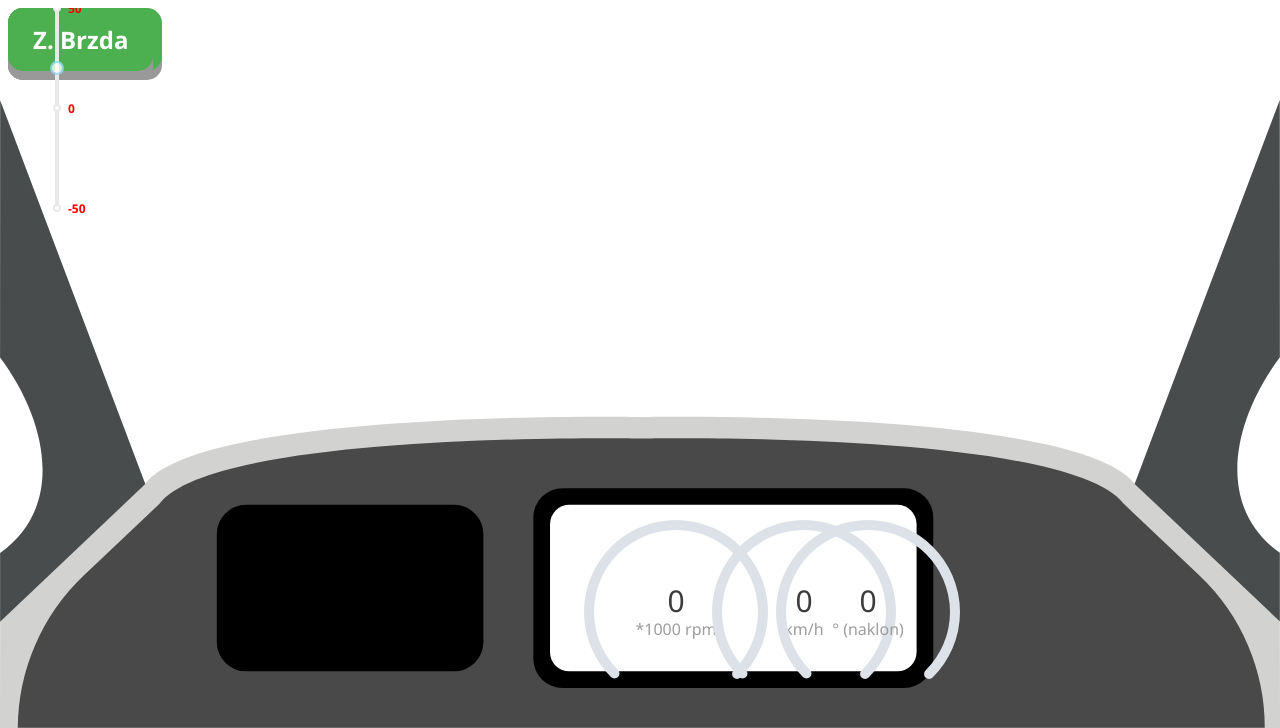
Repository: matyasvelc/train
Page: / (app in frontend/)
An editor plug-in stored every save of this project. The page is shown before and after the next save, followed by the edit.
The browser window is 1280 px wide. The pictures show the whole page.
The page's requests for data from a server got no answer. The project was rebuilt for these pictures with package versions that can differ from the ones it lists, and the page was loaded fresh each time. No one was signed in, and anything a server would have sent is missing.

Above is the page before, as saved 2022-04-04 16:48:05.

After the next save:
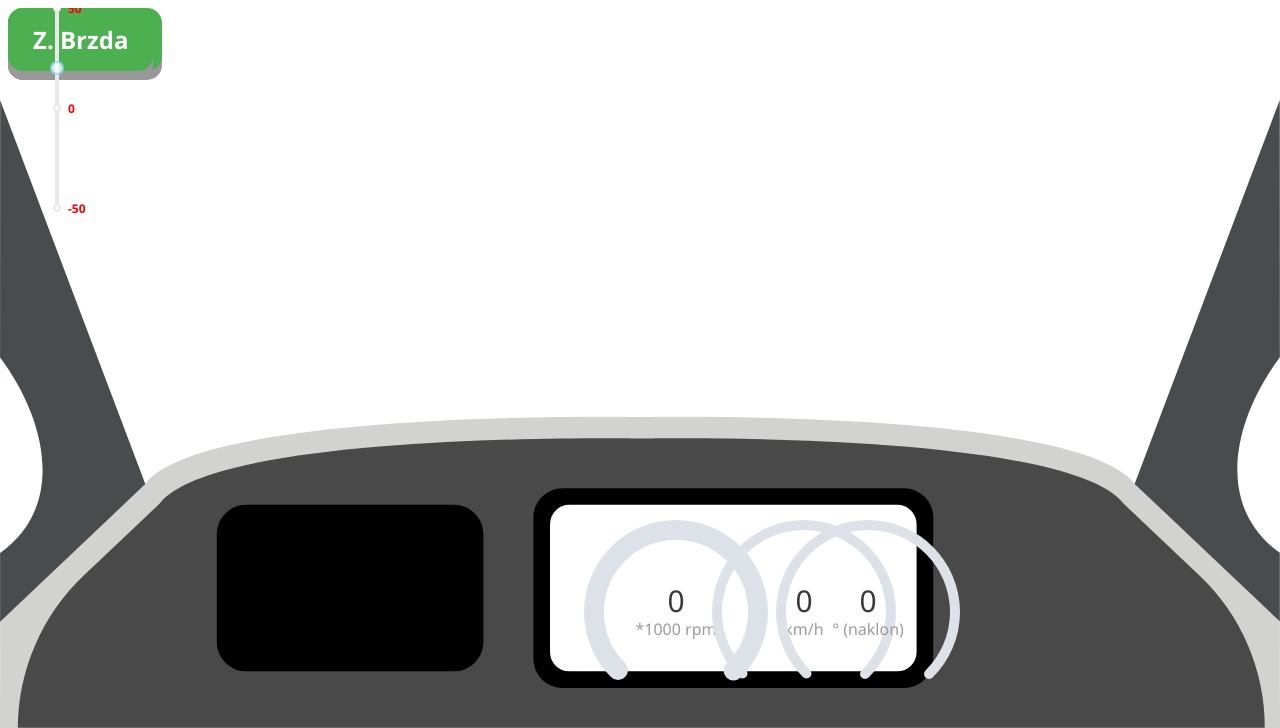
Saved 17 s later.
--- a/frontend/src/index.js
+++ b/frontend/src/index.js
@@ -115,7 +115,7 @@
         subtitle="*1000 rpm"
         reduction={0.25}
         hideBall
-        strokeWidth={10}
+        strokeWidth={20}
         gradient={[{stop: 0.0, color: '#f6416d'}, {stop: 1, color: '#fa6d7c'}]} />
       </div>
       <div className='budik2'>

After the save that followed:
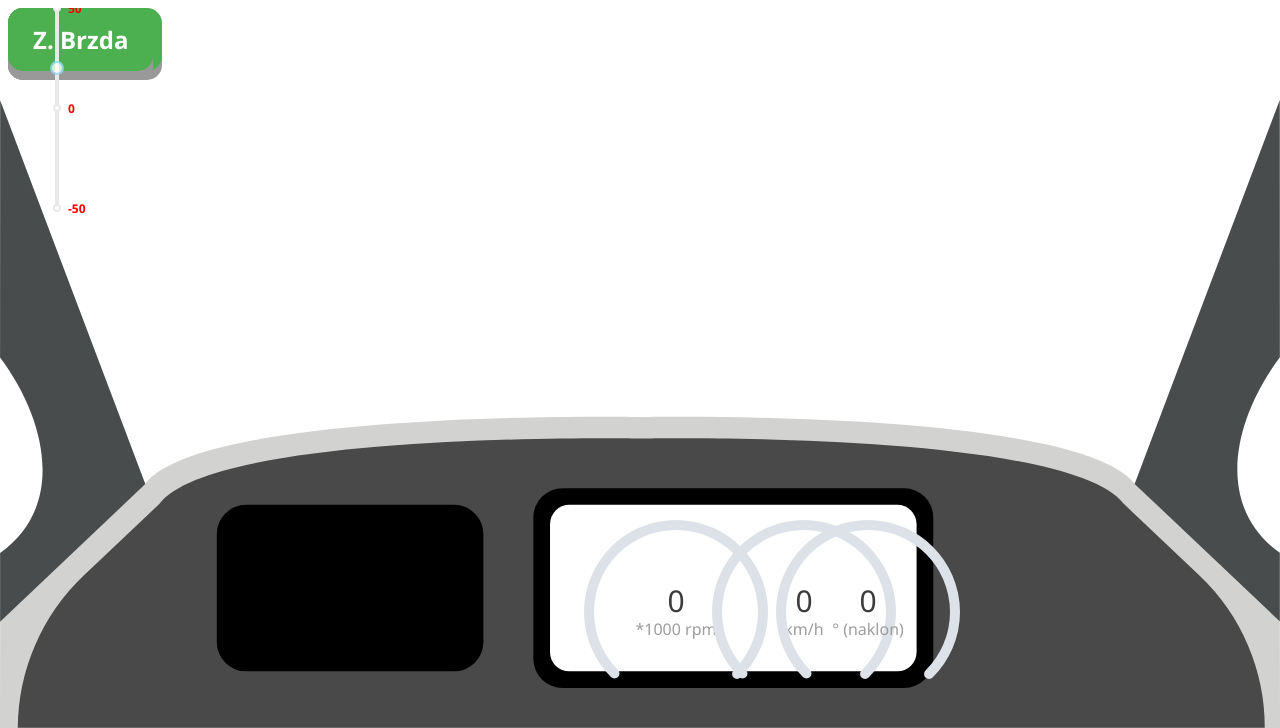
Saved 10 s later.
--- a/frontend/src/index.js
+++ b/frontend/src/index.js
@@ -115,7 +115,7 @@
         subtitle="*1000 rpm"
         reduction={0.25}
         hideBall
-        strokeWidth={20}
+        strokeWidth={10}
         gradient={[{stop: 0.0, color: '#f6416d'}, {stop: 1, color: '#fa6d7c'}]} />
       </div>
       <div className='budik2'>
